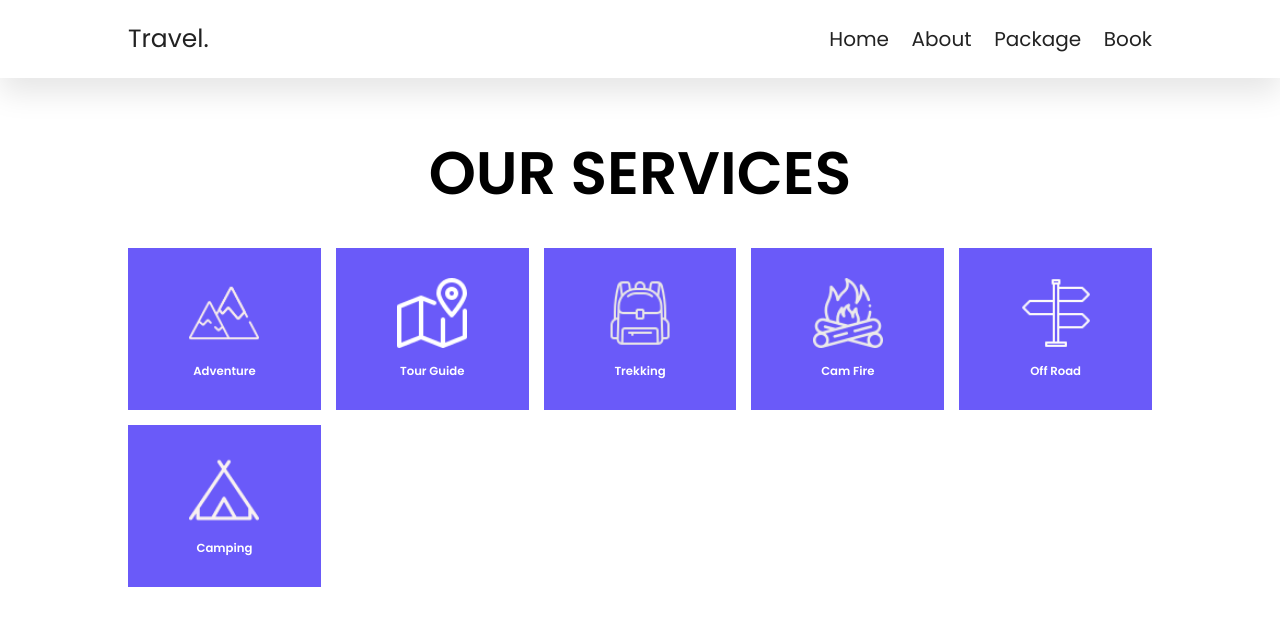
Repository: CTCuong/Traveloka-Web
Page: assets/home.html
These files come from the project's save history. The page is drawn as it stood at one moment and after the next save; the edit follows.
The browser window is 1280 px wide. The pictures show the part of the page from y = 0 to 637 px (the page is 1283 px tall).
Pictures or frames that could not be fetched are drawn as grey boxes. Backgrounds fixed to the window are drawn as part of the page.

Above is the page before, as saved 2023-07-03 21:24:12.

After the next save:
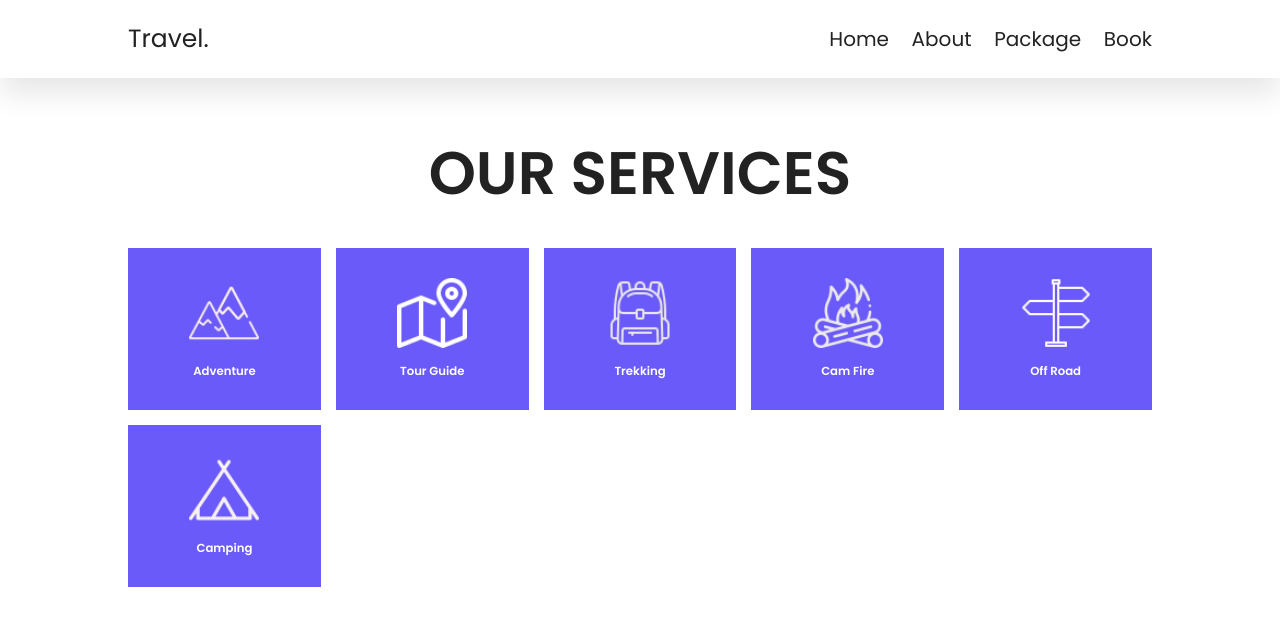
Saved 22 s later.
--- a/assets/css/style.css
+++ b/assets/css/style.css
@@ -105,7 +105,7 @@ section {
     margin-bottom: 3rem;
     font-size: 6rem;
     text-transform: uppercase;
-
+    color: var(--black);
 }
 
 
